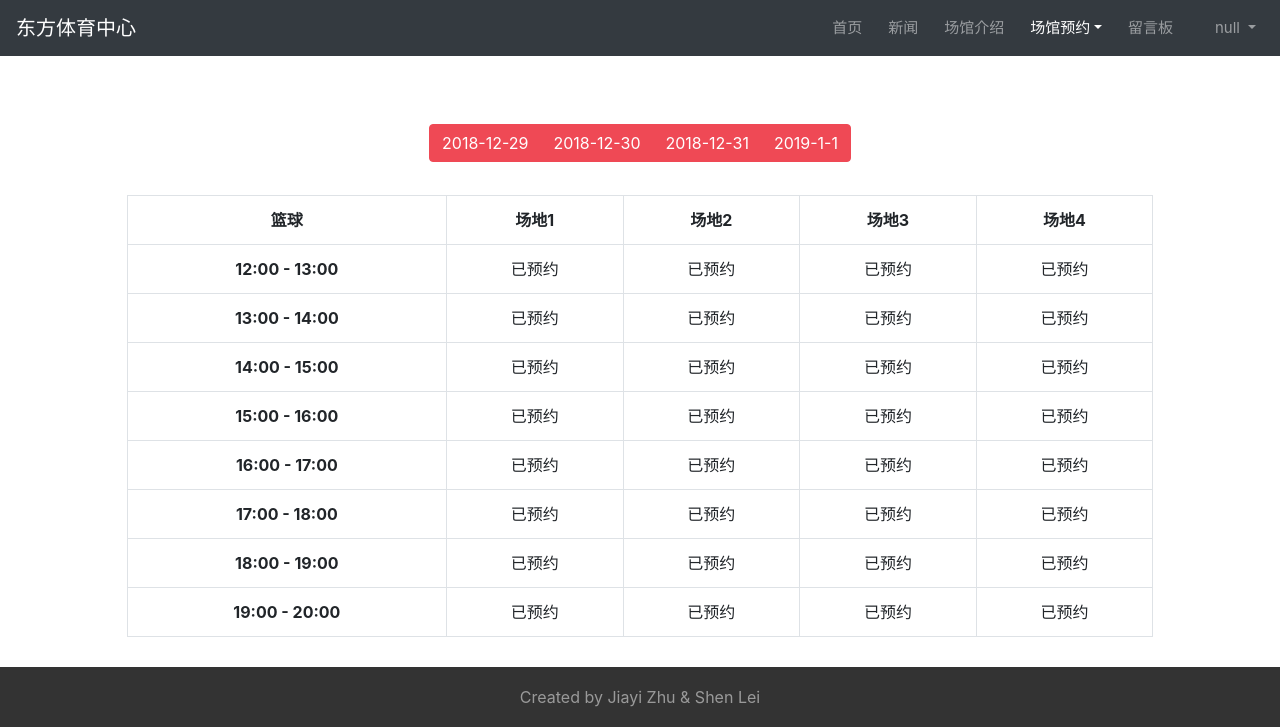
Repository: yueyue200830/Gym-Reservation
Page: http://localhost/reservation/reservation.jsp?rnvid=1
These files come from the project's save history. The page is drawn as it stood at one moment and after the next save; the edit follows.
The browser window is 1280 px wide. The pictures show the whole page.
Some web fonts or font styles are not loaded; a fallback is used. The page is served by Tomcat 9. Other server files are loaded and not shown. Queries for data that is not in the repository find no rows.

Above is the page before, as saved 2018-12-28 07:25:14.

### reservation/WebContent/reservation.jsp
<%@ page language="java" contentType="text/html; charset=UTF-8"
    pageEncoding="UTF-8"%>
<!DOCTYPE html>
<html>
<head>
	<meta charset="UTF-8">
	<meta name="viewport" content="width=device-width, initial-scale=1, shrink-to-fit=no">
	<title>预约</title>
	<link href="reservation.css" rel="stylesheet">
	<link href="settled.css" rel="stylesheet">
	<link rel="stylesheet" href="bootstrap/css/bootstrap.min.css">
</head>
<body>
	<nav class="navbar navbar-expand-sm navbar-dark bg-dark">
      <a class="navbar-brand">东方体育中心</a>
      <button class="navbar-toggler" type="button" data-toggle="collapse" data-target="#navbarsExample03" aria-controls="navbarsExample03" aria-expanded="false" aria-label="Toggle navigation">
      	<span class="navbar-toggler-icon"></span>
      </button>
      <div class="collapse navbar-collapse" id="navbarsExample03">
        <ul class="navbar-nav ml-auto">
        <li class="nav-item">
            <a class="nav-link" href="Hello.jsp">首页 <span class="sr-only">(current)</span></a>
          </li>
          <li class="nav-item">
            <a class="nav-link" href="news.jsp">新闻 </a>
          </li>
          <li class="nav-item">
            <a class="nav-link" href="rvnintro.jsp">场馆介绍</a>
          </li>
          <li class="nav-item dropdown active">
            <a class="nav-link dropdown-toggle" href="#" id="dropdown03" data-toggle="dropdown" aria-haspopup="true" aria-expanded="false">场馆预约</a>
            <div class="dropdown-menu dropdown-top" aria-labelledby="dropdown03">
              <a class="dropdown-item dropdown-word" href="reservation.jsp?rnvid=1">篮球</a>
              <a class="dropdown-item dropdown-word" href="reservation.jsp?rnvid=2">乒乓球</a>
              <a class="dropdown-item dropdown-word" href="reservation.jsp?rnvid=3">羽毛球</a>
              <a class="dropdown-item dropdown-word" href="reservation.jsp?rnvid=4">排球</a>
            </div>
          </li>

          <li class="nav-item">
            <a class="nav-link" href="messageboard.jsp">留言板</a>
          </li>
          <li class="nav-item dropdown no-arrow">
            <a class="nav-link dropdown-toggle" href="#" id="userDropdown" role="button" data-toggle="dropdown" aria-haspopup="true" aria-expanded="false">
            	<i class="ps-icon"></i>
            	<%= session.getAttribute("usrName") %>
            </a>
            <div class="dropdown-menu dropdown-menu-right dropdown-top" aria-labelledby="userDropdown">
              <a class="dropdown-item dropdown-word" href="UserInform.jsp">个人信息</a>
              <a class="dropdown-item dropdown-word" href="myorder.jsp">我的订单</a>
            <div class="dropdown-divider"></div>
              <a class="dropdown-item dropdown-word" href="#" data-toggle="modal" data-target="#logoutModal">登出</a>
            </div>
        </li>
      </ul>
      </div>
    </nav>
	<div class="center">
		<div class="btn-group btn_group_date" role="group" id="days" aria-label="First group" >
	    </div>
		<div class="card-body table-responsive table-show col-10">
			<table class="table table-bordered mb-0" id="reservation-table">

			</table>
		</div>
	</div>
    <footer class="footer">
      <div class="container foot-text">
        <span class="foot-t">Created by Jiayi Zhu & Shen Lei</span>
      </div>
    </footer>
    <div class="modal fade" id="logoutModal" tabindex="-1" role="dialog" aria-labelledby="exampleModalLabel" style="display: none;" aria-hidden="true">
      <div class="modal-dialog" role="document">
        <div class="modal-content">
          <div class="modal-header">
            <h5 class="modal-title" id="exampleModalLabel">确定登出？</h5>
            <button class="close" type="button" data-dismiss="modal" aria-label="Close">
              <span aria-hidden="true">×</span>
            </button>
          </div>
          <div class="modal-body" style="text-align:center">生命在于运动</div>
          <div class="modal-footer">
            <button class="btn btn-secondary btn-cencel" type="button" data-dismiss="modal">取消</button>
            <a class="btn btn-primary" href="logout.jsp">确定</a>
          </div>
        </div>
      </div>
    </div>
    <script src="https://ajax.aspnetcdn.com/ajax/jquery/jquery-3.3.1.min.js"></script>
	<script src="https://cdn.staticfile.org/popper.js/1.14.3/umd/popper.min.js"></script>
	<script src="bootstrap/js/bootstrap.min.js"></script>
	<script>
	$(document).ready(function() {
		addDate();
		getTable();
	});
	function addDate() {
		var d = new Date();
		for (var i = 0; i < 4; i++) {
			var changeID = "day" + (i + 1);
			d = d.setDate(d.getDate() + 1);
			d = new Date(d);
			var changeday = d.getFullYear() + "-" + (d.getMonth()+1) + "-" + d.getDate();
			// document.getElementById(changeID).innerHTML = changeday;
			$("#days").append(
					"<a type='button' class='btn btn-secondary' id='" + changeID
					+ "' href='reservation.jsp?rnvid="+<%= request.getParameter("rnvid") %>+
					"&year="+d.getFullYear()+"&month="+(d.getMonth()+1)+"&day="+ d.getDate() +"')>" + changeday + "</a>");
		}
	}
	function getTable() {
		var t = new Date();
		t = t.setDate(t.getDate() + 1);
		t = new Date(t);
		var year = t.getFullYear();
		var month = t.getMonth()+1;
		var day = t.getDate();
		var rvnid = <%= request.getParameter("rnvid") %>;
		if(<%= request.getParameter("year") %> != null){
			year = <%= request.getParameter("year") %>;
			month = <%= request.getParameter("month") %>;
			day = <%= request.getParameter("day") %>;
		}
		var today = year + "-" + month + "-" + day;
		$.ajax({
			type : "POST",
			url : "OrderAvailable",
			data : {
				rvnID : rvnid,
				rvnDate : today
			},
			dataType : "json",
			success : function(data) {
				var list="<tr><th>";
				if(rvnid == 1){
					list += "篮球";
				}else if(rvnid == 2){
					list += "乒乓球";
				}else if(rvnid == 3){
					list += "羽毛球";
				}else if(rvnid == 4){
					list += "排球";
				}
				list += "</th><th>场地1</th><th>场地2</th><th>场地3</th><th>场地4</th></tr>";
				$("#reservation-table").append(list);
				for (var j = 0; j < 8; j++) {
					var item = "<th>" + (j + 12) + ":00 - " + (j + 13) + ":00</th>";
					for (var i = 0; i < 4; i++) {
						if (data[i][j] != 0) {
							item += "<td><a href='orderadd.jsp?rvnRoom="+(i+1)+"&rvnTime="+(j+1)+"&rvnId="+
									rvnid+"&rvnPrice="+data[i][j]+"&year="+ year+"&month="+month+"&day="+day+
									"'>"+data[i][j]+"元</a></td>";
						} else {
							item += "<td><a>已预约</a></td>";
						}
					}
					$("#reservation-table").append("<tr>" + item + "<tr>");
				}
			},
			error : function(XMLHttpRequest, textStatus, errorThrown) {
				alert(XMLHttpRequest.status);
				alert(XMLHttpRequest.readyState);
				alert(textStatus);
			}
		});
	}
	</script>
</body>
</html>

### reservation/WebContent/reservation.css
@charset "UTF-8";

.center{
	text-align:center !important;
}

[type=button]{
	-webkit-appearance:none !important;
	outline:none;
}

.btn_group_date{
	padding: 1% !important;
	margin-top:2% !important;
}

### reservation/WebContent/settled.css
@charset "UTF-8";


/*
 *navbar
 */

@font-face {
  font-family: 'FontAwesome';
  src: url('fonts/fontawesome-webfont.eot?v=4.7.0');
  src: url('fonts/fontawesome-webfont.eot?#iefix&v=4.7.0') format('embedded-opentype'), url('../fonts/fontawesome-webfont.woff2?v=4.7.0') format('woff2'), url('../fonts/fontawesome-webfont.woff?v=4.7.0') format('woff'), url('../fonts/fontawesome-webfont.ttf?v=4.7.0') format('truetype'), url('../fonts/fontawesome-webfont.svg?v=4.7.0#fontawesomeregular') format('svg');
  font-weight: normal;
  font-style: normal;
}

.ps-icon::before{
	content: '\f007';
	font-family: FontAwesome !important;
	font-style: normal !important;
}


.body {
  padding-bottom: 20px;
}

.navbar {
  font-size: 15px !important;
}

.navbar-brand {
  color: #fff !important;
}

.dropdown-top {
  min-width: 7rem !important;
}

.navbar-nav li {
  margin-left: 10px;
}

.dropdown-word {
  font-size: 15px !important;
  text-align: center !important;
}



.dropdown-word:active {
	background-color: #ef4955 !important;
}

/*
 *Sticky footer styles
 */
html {
  position: relative;
  min-height: 100%;
}

body {
  margin-bottom: 60px; /* Margin bottom by footer height */
}

.footer {
  position: absolute;
  bottom: 0;
  width: 100%;
  height: 60px; /* Set the fixed height of the footer here */
  line-height: 60px; /* Vertically center the text there */
  background-color: #333;
}

.foot-t {
  color: rgba(255, 255, 255, .5);
  margin-bottom: 0;
}

.foot-text {
  text-align: center!important;
}

/*
 *button
 */

.btn {
  background-color: #ef4955 !important;
  border-color: #ef4955 !important;
  margin-top: 30px;
}

.btn:active,
.btn:focus{
  border: 0 !important;
  border-color: rgba(0,0,0,0) !important;
  box-shadow: 0 0 0 3px rgba(239, 73, 85, .5) !important;
}

.modal-footer>.btn-primary,
.modal-footer>.btn-secondary {
  padding: 3px 15px !important;
}

.close:active {
  border: 0 !important;
  box-shadow: 0 0 0 0 rgba(239, 73, 85, .5) !important;
}

.btn-a {
  color: #fff !important;
}

/*
 *table
 */

.table-show {
	margin-bottom:70px !important;
	margin-top: 30px;
	margin:auto;
	text-align:center;
}

### reservation/src/servlet/OrderAvailable.java
package servlet;

import java.io.IOException;
import javax.servlet.ServletException;
import javax.servlet.annotation.WebServlet;
import javax.servlet.http.HttpServlet;
import javax.servlet.http.HttpServletRequest;
import javax.servlet.http.HttpServletResponse;

import dbconns.OrderDAO;
import dbconns.OrderDAOImpl;
import net.sf.json.JSONArray;

/**
 * Servlet implementation class OrderAvailable
 */
@WebServlet("/OrderAvailable")
public class OrderAvailable extends HttpServlet {
	private static final long serialVersionUID = 1L;

    /**
     * @see HttpServlet#HttpServlet()
     */
    public OrderAvailable() {
        super();
        // TODO Auto-generated constructor stub
    }

	/**
	 * @see HttpServlet#doGet(HttpServletRequest request, HttpServletResponse response)
	 */
	protected void doGet(HttpServletRequest request, HttpServletResponse response) throws ServletException, IOException {
		// TODO Auto-generated method stub
		//doPost(request,response);
	}

	/**
	 * @see HttpServlet#doPost(HttpServletRequest request, HttpServletResponse response)
	 */
	protected void doPost(HttpServletRequest request, HttpServletResponse response) throws ServletException, IOException {
		System.out.println("... in order-available servlet");
		request.setCharacterEncoding("utf-8"); //solve messy code when getting parameters
		response.setCharacterEncoding("utf-8");
		response.setContentType("text/html; charset=utf-8");

		int rvnID=Integer.valueOf(request.getParameter("rvnID"));
		String rvnDate=request.getParameter("rvnDate");
		//String rvnDate="2018-12-27";

		OrderDAO od=new OrderDAOImpl();
		int[][] avai=new int[4][8];
		avai=od.available(rvnID, rvnDate);


		System.out.println("-- order available success --");
		JSONArray array=JSONArray.fromObject(avai);
		response.getWriter().write(array.toString());

	}

}

### reservation/src/dbconns/OrderDAOImpl.java
package dbconns;

import java.sql.*;
import java.text.SimpleDateFormat;
import java.util.ArrayList;
import java.util.List;
import java.util.Date;

import beans.News;
import beans.Order;
import dbconns.RevenueDAO;
import dbconns.RevenueDAOImpl;

public class OrderDAOImpl implements OrderDAO {

	public List<String> getall() {
		System.out.println("... in Order-getall");
		List<String> list = new ArrayList<String>();

    	try {
		    Connection conn=DBconn.init();

		    PreparedStatement ps=conn.prepareStatement("SELECT ordID,usrName,ordName,rvnName,rvnRoom,ordPhone,ordPrice,rvnDate,rvnTime FROM orders inner join users on orders.usrID=users.usrID inner join revenues on orders.rvnID = revenues.rvnID");
			ResultSet rs = ps.executeQuery();
			System.out.println("-- query done --");
			while(rs.next()){
				list.add(Integer.toString(rs.getInt("ordID")));
				list.add(rs.getString("usrName"));
				list.add(rs.getString("ordName"));
				list.add(rs.getString("rvnName"));
				list.add(Integer.toString(rs.getInt("rvnRoom")));
				list.add(rs.getString("ordPhone"));
				list.add(Double.toString(rs.getDouble("ordPrice")));
				list.add(new SimpleDateFormat("yyyy-MM-dd").format(rs.getDate("rvnDate")));
				int orgTime = rs.getInt("rvnTime");
				String time = Integer.toString(orgTime+12)+":00 - "+Integer.toString(orgTime+13)+":00";
				list.add(time);
			}

			DBconn.close();

			System.out.println("-- Order-getall success --");

			return list;
		} catch (SQLException e) {
			System.out.println("!! Order-getall sql error !!");
			e.printStackTrace();
		}
		return null;
	}

	public List<String> usergetall(int usrID){
		System.out.println("... in Order-usergetall");
		List<String> list = new ArrayList<String>();

    	try {
		    Connection conn=DBconn.init();

		    PreparedStatement ps=conn.prepareStatement("SELECT ordID,usrName,ordName,rvnName,rvnRoom,ordPhone,ordPrice,rvnDate,rvnTime "
		    +"FROM orders inner join users on orders.usrID=users.usrID inner join revenues on orders.rvnID = revenues.rvnID where orders.usrID="+usrID);
			ResultSet rs = ps.executeQuery();
			System.out.println("-- query done --");
			while(rs.next()){
				list.add(Integer.toString(rs.getInt("ordID")));
				list.add(rs.getString("usrName"));
				list.add(rs.getString("ordName"));
				list.add(rs.getString("rvnName"));
				list.add(Integer.toString(rs.getInt("rvnRoom")));
				list.add(rs.getString("ordPhone"));
				list.add(Double.toString(rs.getDouble("ordPrice")));
				list.add(new SimpleDateFormat("yyyy-MM-dd").format(rs.getDate("rvnDate")));
				int orgTime = rs.getInt("rvnTime");
				String time = Integer.toString(orgTime+12)+":00 - "+Integer.toString(orgTime+13)+":00";
				list.add(time);
			}

			DBconn.close();

			System.out.println("-- Order-usergetall success --");

			return list;
		} catch (SQLException e) {
			System.out.println("!! Order-usergetall sql error !!");
			e.printStackTrace();
		}
		return null;
	}

	public int[][] available(int rvnID, String rvnDate){
		System.out.println("... in order-available");
		int price=0;
		RevenueDAO rd=new RevenueDAOImpl();
		price=rd.findprice(rvnID);
		int[][] avai=new int[4][8];
		for(int i=0;i<4;i++) {
			for(int j=0;j<8;j++) {
				avai[i][j]=price;
			}
		}

		String sql="select rvnRoom,rvnTime from orders where rvnDate=? and rvnID=?";

		try {
			Connection conn=DBconn.init();

			PreparedStatement ps=conn.prepareStatement(sql);
			ps.setString(1,rvnDate);
			ps.setInt(2,rvnID);
			System.out.println("-- ps success: "+ps+" --");

			ResultSet rs=ps.executeQuery();

			while(rs.next()) {
				int col=0,row=0;
				row=rs.getInt("rvnRoom");
				col=rs.getInt("rvnTime");
				System.out.println(row+","+col);
				avai[row-1][col-1]=0;
			}
			DBconn.close();

			for(int i=0;i<4;i++) {
				for(int j=0;j<8;j++) {
					System.out.print(avai[i][j]+" ");
				}
				System.out.println("");
			}

			System.out.println("-- orderdaoimpl-available success --");

		} catch (SQLException e) {
			System.out.println("!! order-available sql error !!");
			e.printStackTrace();
		}

		return avai;
	}

	public boolean add(int usrID, String ordName, int rvnID, int rvnRoom,String ordPhone, double ordPrice, String rvnDate, int rvnTime) {
		System.out.println("... in order-add");
		String sql="insert into orders (usrID,ordName,rvnID,rvnRoom,ordPhone,ordPrice,rvnDate,rvnTime) values (?,?,?,?,?,?,?,?)";
		int r=0;
		boolean flag=false;

		try {
			Connection conn=DBconn.init();

			PreparedStatement ps=conn.prepareStatement(sql);
			ps.setString(1,Integer.toString(usrID));
			ps.setString(2,ordName);
			ps.setString(3,Integer.toString(rvnID));
			ps.setString(4,Integer.toString(rvnRoom));
			ps.setString(5,ordPhone);
			ps.setString(6,Double.toString(ordPrice));
			ps.setString(7,rvnDate);
			ps.setString(8,Integer.toString(rvnTime));
			System.out.println("-- ps success: "+ps+" --");

			r=ps.executeUpdate();

			if(r>0)
				flag=true;

			DBconn.close();
		}catch(SQLException e) {
			System.out.println("!! user-register sql error !!");
			e.printStackTrace();
		}

		return flag;
	}

	public boolean delete(int ordID) {
		System.out.println("... in order-add");
		String sql="delete from orders where ordID=?";
		int r=0;
		boolean flag=false;

		try {
			Connection conn=DBconn.init();

			PreparedStatement ps=conn.prepareStatement(sql);
			ps.setString(1,Integer.toString(ordID));
			System.out.println("-- ps success: "+ps+" --");

			r=ps.executeUpdate();

			if(r>0)
				flag=true;

			DBconn.close();
		}catch(SQLException e) {
			System.out.println("!! user-delete sql error !!");
			e.printStackTrace();
		}

		return flag;
	}
}

### reservation/src/dbconns/RevenueDAOImpl.java
package dbconns;

import java.sql.*;
import java.util.ArrayList;
import java.util.List;

import beans.Revenue;

public class RevenueDAOImpl implements RevenueDAO {

	public boolean update(int rvnID, String rvnName, int rvnNum, double rvnPrice) {
		System.out.println("... in revenue-update");
		boolean flag = false;
		int r = 0;
		String sql = "update revenues set rvnName=?,rvnNum=?,rvnPrice=? where rvnID=?";

		try {
			Connection conn = DBconn.init();

			PreparedStatement ps=conn.prepareStatement(sql);
			ps.setString(1, rvnName);
			ps.setString(2, Integer.toString(rvnNum));
			ps.setString(3, Double.toString(rvnPrice));
			ps.setString(4, Integer.toString(rvnID));
			r=ps.executeUpdate();
			DBconn.close();
		} catch (SQLException e) {
			System.out.println("!! revenue-update error !!");
			e.printStackTrace();
		}

		if (r > 0) {
			System.out.println("--" + r + " lines affected --");
			flag = true;
		}

		return flag;
	}

	public List<Revenue> getall() {
		System.out.println("... in revenue-getall");
		List<Revenue> list = new ArrayList<Revenue>();

    	try {
		    Connection conn=DBconn.init();

		    PreparedStatement ps=conn.prepareStatement("select * from revenues");
			ResultSet rs = ps.executeQuery();
			while(rs.next()){
				Revenue revenue=new Revenue();
				revenue.setRvnID(rs.getInt("rvnID"));
				revenue.setRvnName(rs.getString("rvnName"));
				revenue.setRvnNum(rs.getInt("rvnNum"));
				revenue.setRvnPrice(rs.getInt("rvnPrice"));
				list.add(revenue);
			}
			DBconn.close();

			System.out.println("-- revenue-getall success --");

			return list;
		} catch (SQLException e) {
			System.out.println("!! revenue-getall sql error !!");
			e.printStackTrace();
		}
		return null;
	}

	public int findprice(int rvnID) {
		System.out.println("... in revenue-findprice");
		int price=0;

    	try {
		    Connection conn=DBconn.init();

		    PreparedStatement ps=conn.prepareStatement("select rvnPrice from revenues where rvnID="+rvnID);
			ResultSet rs = ps.executeQuery();
			while(rs.next()){
				price=rs.getInt("rvnPrice");
			}
			DBconn.close();

			System.out.println("-- revenue-findprice success --");
		} catch (SQLException e) {
			System.out.println("!! revenue-findprice sql error !!");
			e.printStackTrace();
		}

		return price;

	}
}

### reservation/src/dbconns/DBconn.java
package dbconns;

import java.sql.*;

public class DBconn {
	private static String url = "jdbc:mysql://localhost:3306/reservations?useUnicode=true&characterEncoding=utf-8&useSSL=false&serverTimezone=GMT";
	private static String username = "root";
	private static String password = "123456";
	private static Connection  conn = null;


	public static Connection init(){
		try {
			Class.forName("com.mysql.jdbc.Driver");
			System.out.println("-- success loading Mysql Driver --");
			conn = DriverManager.getConnection(url,username,password);
			return conn;
		} catch (Exception e) {
			System.out.println("!! sql init error !!");
			e.printStackTrace();
			return null;
		}
	}

	public static void close(){
		try {
			conn.close();
		} catch (SQLException e) {
			System.out.println("!! sql close error !!");
			e.printStackTrace();
		}
	}
}

Loaded but not shown: reservation/WebContent/bootstrap/css/bootstrap.min.css (library); reservation/WebContent/bootstrap/js/bootstrap.min.js (library)

After the next save:
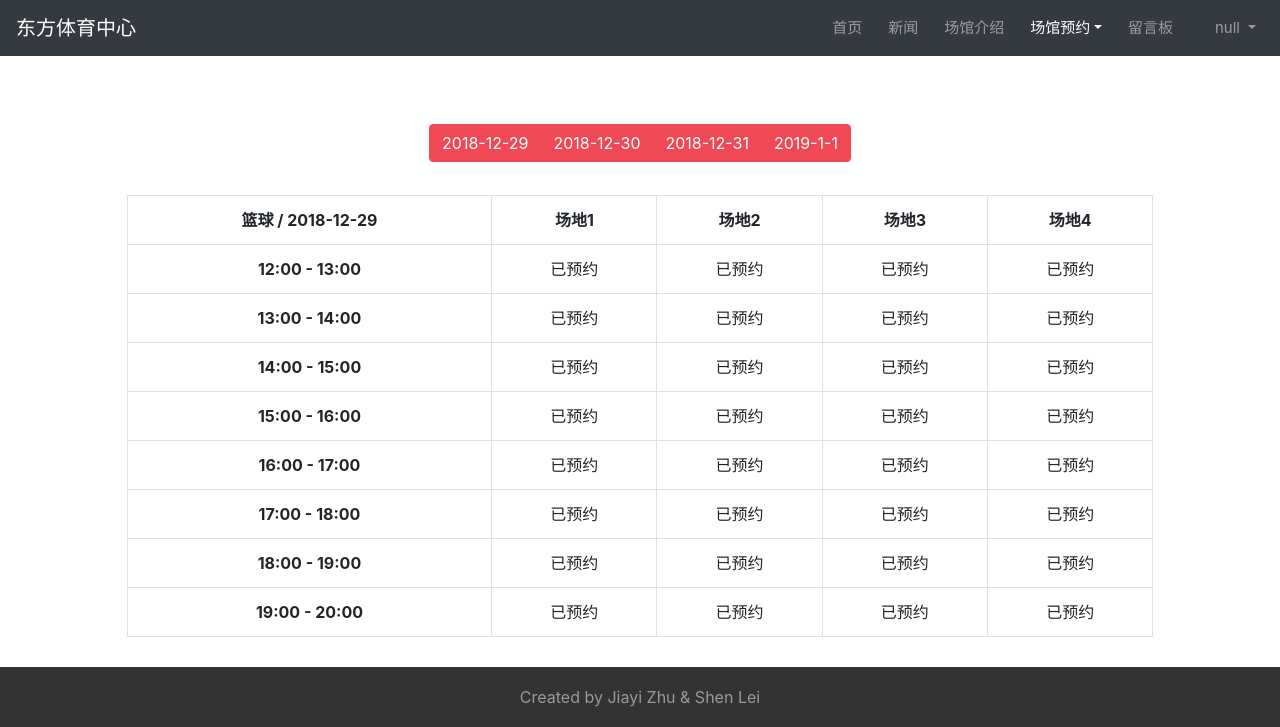
Saved 22 h 56 min later.
--- a/reservation/WebContent/reservation.jsp
+++ b/reservation/WebContent/reservation.jsp
@@ -141,6 +141,7 @@
 				}else if(rvnid == 4){
 					list += "排球";
 				}
+				list += " / " + today;
 				list += "</th><th>场地1</th><th>场地2</th><th>场地3</th><th>场地4</th></tr>";
 				$("#reservation-table").append(list);
 				for (var j = 0; j < 8; j++) {
